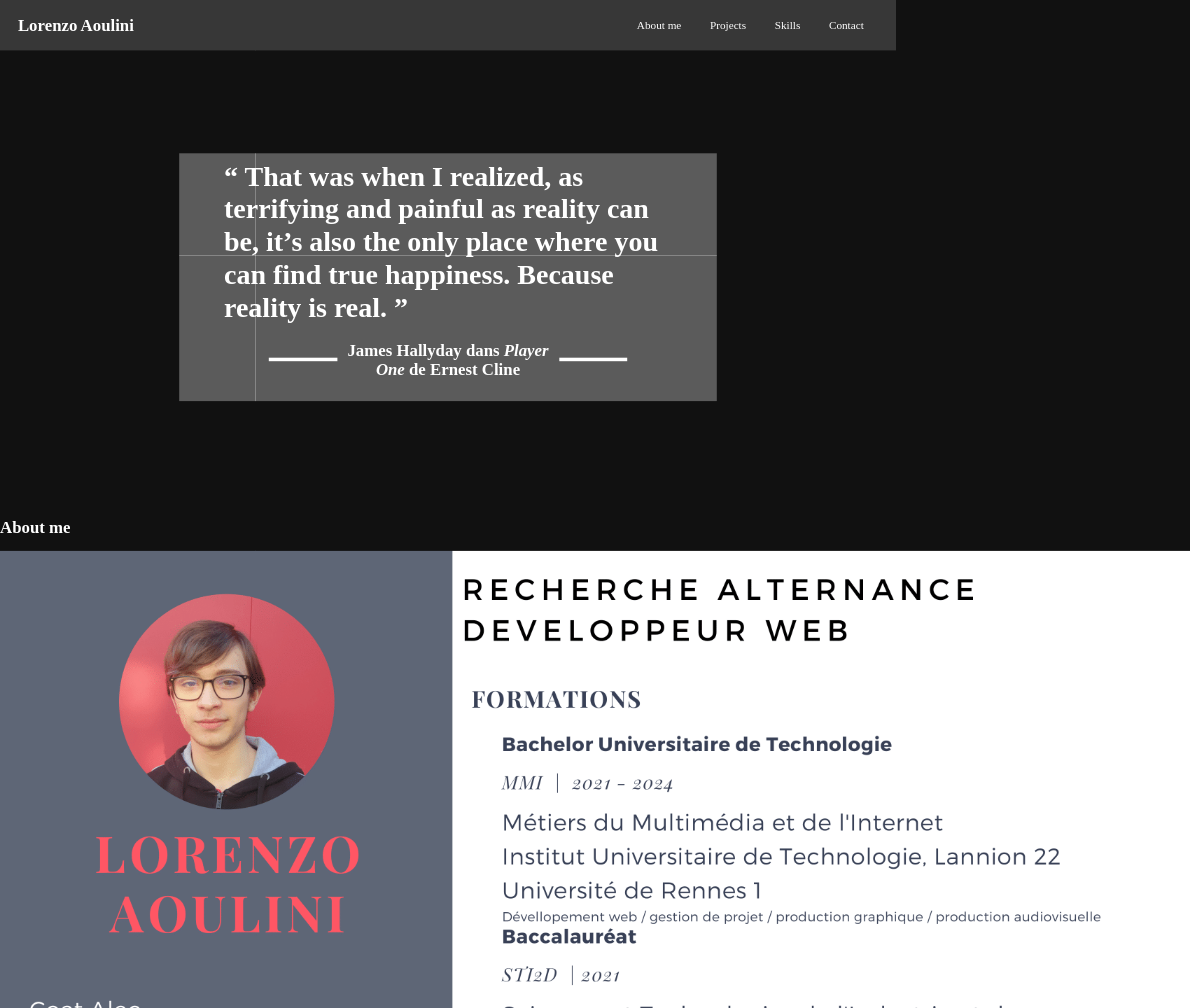
Repository: lolo298/lolo298.github.io
Page: index.html
The author's editor kept a copy of each file at every save. The page is drawn from the files as they stood at one save, then again after the next save.
The browser window is 1280 px wide. The page is 1700 px wide, so the pictures cover 1700 px, including what lies to the right of the window. The pictures show the part of the page from y = 0 to 1440 px (the page is 3043 px tall before and 3061 px after), at 70% of full size.

Above is the page before, as saved 2022-05-11 12:37:10.
Console error: SyntaxError: Unexpected token '<'

After the next save:
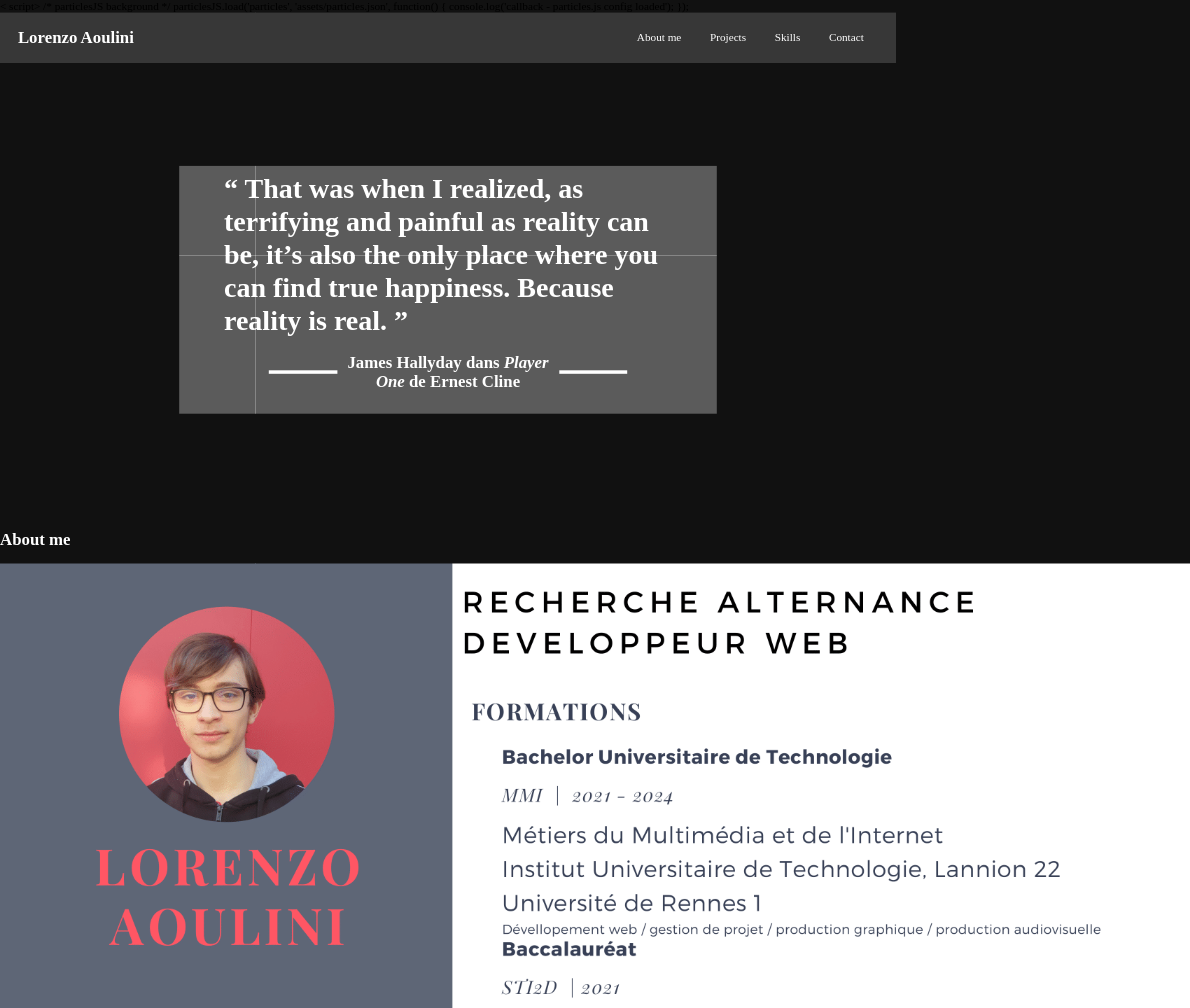
The error is gone.
Saved 5 s later.
--- a/index.html
+++ b/index.html
@@ -13,74 +13,69 @@
 
 <body>
     <div id="particles"></div>
-    <script>
-        < script >
-            /* particlesJS background */
-            particlesJS.load('particles', 'assets/particles.json', function() {
-                console.log('callback - particles.js config loaded');
-            });
-    </script>
-    </script>
-    <div class="main-container">
-        <nav class="main-navbar">
-            <h1>Lorenzo Aoulini</h1>
-            <div class="main-navbar-list">
-                <a class="main-navbar-item" href="#">
-                    <div>Contact</div>
-                </a>
-                <a class="main-navbar-item" href="#">
-                    <div>Skills</div>
-                </a>
-                <a class="main-navbar-item" href="#">
-                    <div>Projects</div>
-                </a>
-                <a class="main-navbar-item" href="#">
-                    <div>About me</div>
-                </a>
-            </div>
+    < script>
+        /* particlesJS background */ particlesJS.load('particles', 'assets/particles.json', function() { console.log('callback - particles.js config loaded'); });
+        </script>
+        <div class="main-container">
+            <nav class="main-navbar">
+                <h1>Lorenzo Aoulini</h1>
+                <div class="main-navbar-list">
+                    <a class="main-navbar-item" href="#">
+                        <div>Contact</div>
+                    </a>
+                    <a class="main-navbar-item" href="#">
+                        <div>Skills</div>
+                    </a>
+                    <a class="main-navbar-item" href="#">
+                        <div>Projects</div>
+                    </a>
+                    <a class="main-navbar-item" href="#">
+                        <div>About me</div>
+                    </a>
+                </div>
 
-        </nav>
-        <div class="landing">
-            <div class="quote-container">
-                <div class="quote-text">
-                    <q>
+            </nav>
+            <div class="landing">
+                <div class="quote-container">
+                    <div class="quote-text">
+                        <q>
                     That was when I realized, as terrifying and painful as reality can be, it’s also the only place where you can find true happiness. Because reality is real.
                 </q>
-                </div>
-                <div class="author">
-                    <div class="author-separation"></div>
-                    <div class="author-content">
-                        <p>
-                            James Hallyday dans
-                            <cite>Player One</cite> de Ernest Cline
-                        </p>
                     </div>
-                    <div class="author-separation"></div>
+                    <div class="author">
+                        <div class="author-separation"></div>
+                        <div class="author-content">
+                            <p>
+                                James Hallyday dans
+                                <cite>Player One</cite> de Ernest Cline
+                            </p>
+                        </div>
+                        <div class="author-separation"></div>
+                    </div>
+
                 </div>
 
             </div>
-
-        </div>
-        <div class="about">
-            <div class="title">
-                <div class="title-content">
-                    <div>
-                        <h2>About me</h2>
+            <div class="about">
+                <div class="title">
+                    <div class="title-content">
+                        <div>
+                            <h2>About me</h2>
+                        </div>
+                    </div>
+                    <div class="title-underline"></div>
+                </div>
+                <div class="about-content">
+                    <div class="cv">
+                        <img src="assets/cv.png" alt="mon CV">
+                    </div>
+                    <div class="presentation">
+                        <p>
+                            Lorenzo Aoulini is a web developer with a passion for creating beautiful and functional websites. He is currently working as a freelancer and is currently learning how to code. He is also a student of the web development course at the University of Technology
+                            in Lannion.
+                        </p>
                     </div>
                 </div>
-                <div class="title-underline"></div>
-            </div>
-            <div class="about-content">
-                <div class="cv">
-                    <img src="assets/cv.png" alt="mon CV">
-                </div>
-                <div class="presentation">
-                    <p>
-                        Lorenzo Aoulini is a web developer with a passion for creating beautiful and functional websites. He is currently working as a freelancer and is currently learning how to code. He is also a student of the web development course at the University of Technology
-                        in Lannion.
-                    </p>
-                </div>
-            </div>
 
 </body>
 
